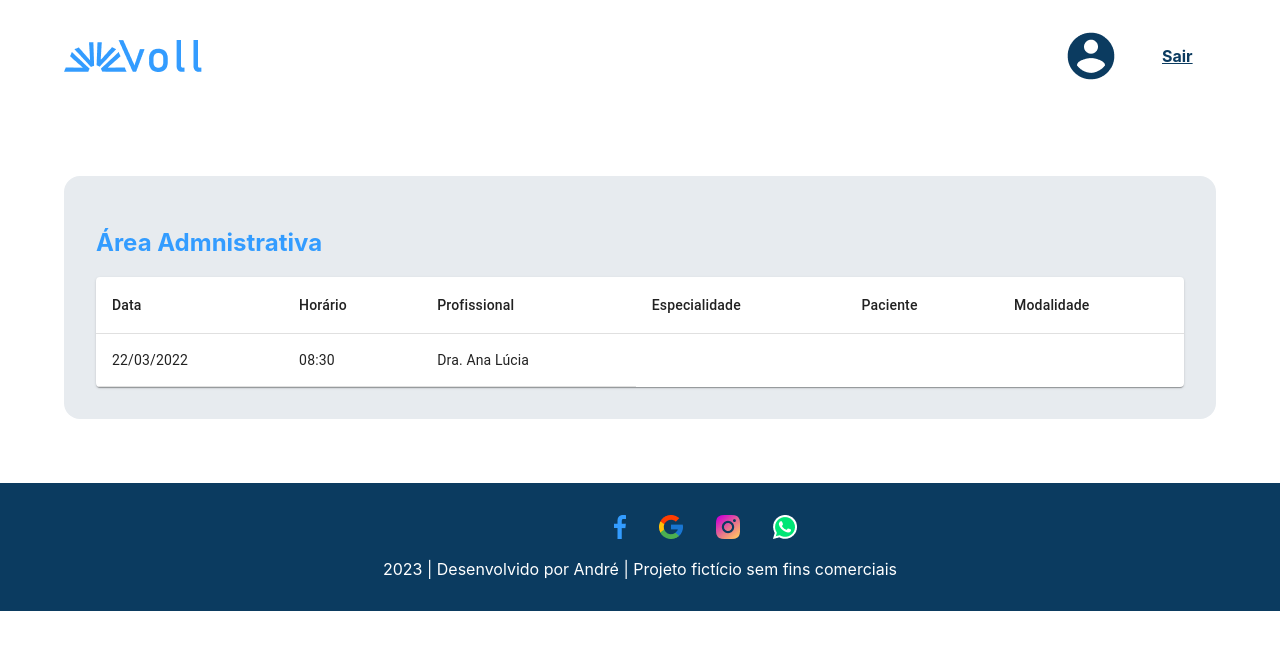
Repository: andrevff/voll-main
Page: /
The author's editor kept a copy of each file at every save. The page is drawn from the files as they stood at one save, then again after the next save.
The browser window is 1280 px wide. The pictures show the whole page.
The project was rebuilt for these pictures with package versions that can differ from the ones it lists, and the page was loaded fresh each time. Also part of the build but not shown: src/App.css.

Above is the page before, as saved 2023-07-31 21:34:01.

After the next save:
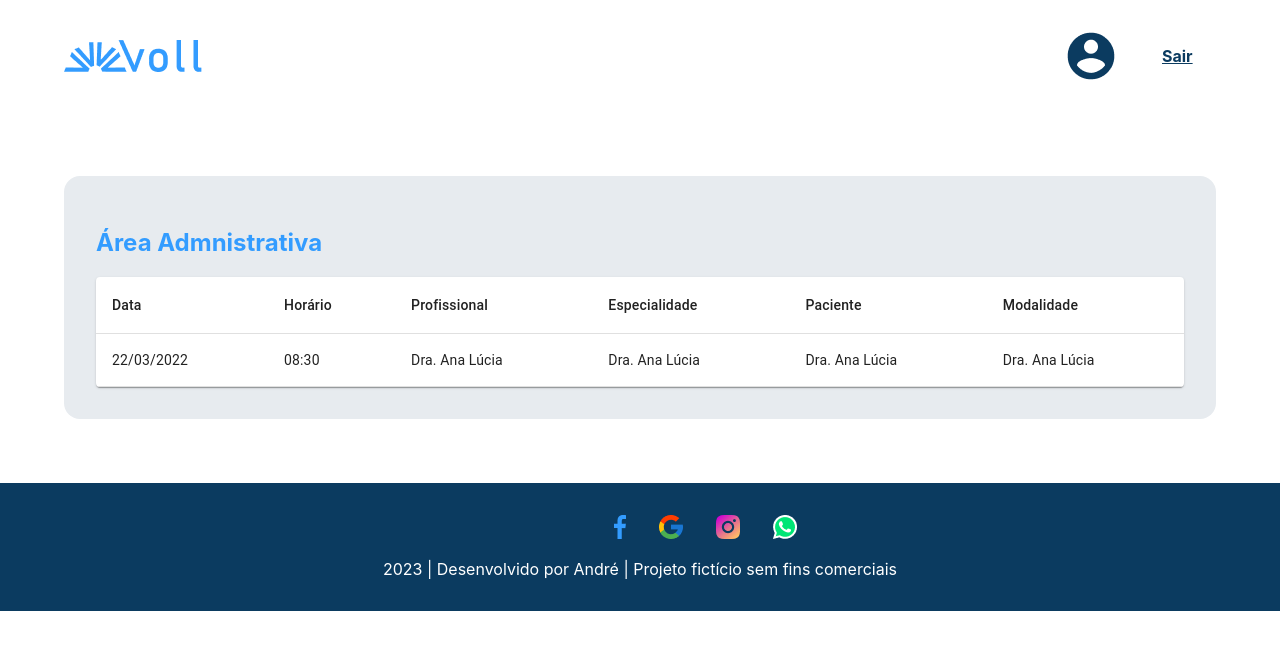
Saved 4 s later.
--- a/src/components/tabela/index.tsx
+++ b/src/components/tabela/index.tsx
@@ -26,6 +26,9 @@ export default function Tabela() {
                             <TableCell component="th" scope="row">22/03/2022</TableCell>
                             <TableCell>08:30</TableCell>
                             <TableCell>Dra. Ana Lúcia</TableCell>
+                            <TableCell>Dra. Ana Lúcia</TableCell>
+                            <TableCell>Dra. Ana Lúcia</TableCell>
+                            <TableCell>Dra. Ana Lúcia</TableCell>
                         </TableRow>
                     </TableBody>
                 </Table>
